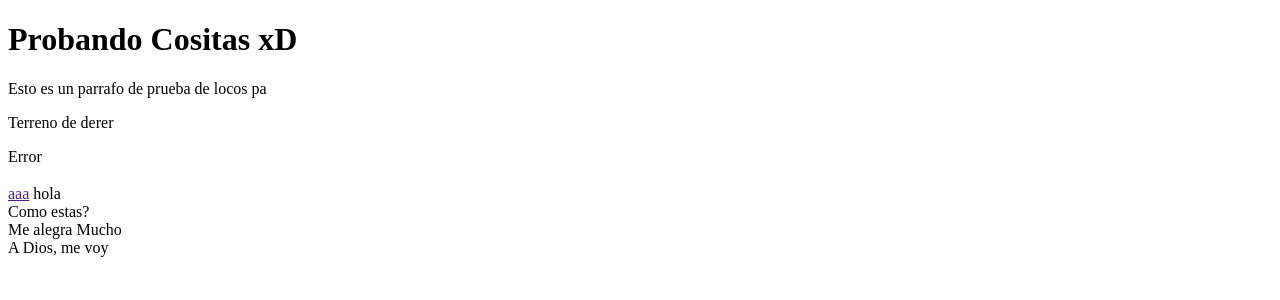
Repository: eschala/Innovadores-Adl_Sep2023
Page: React/react.html
These files come from the project's save history. The page is drawn as it stood at one moment and after a run of saves; the edit follows.
The browser window is 1280 px wide. The pictures show the whole page.

Above is the page before, as saved 2023-12-06 17:48:19.

### React/react.html
<!DOCTYPE html>
<html lang="en">

<head>
    <meta charset="UTF-8">
    <meta name="viewport" content="width=device-width, initial-scale=1.0">
    <title>Document</title>
</head>

<body>
    <h1 class="titulo">Probando Cositas xD</h1>

    <p class="parrafo">Esto es un parrafo de prueba de locos pa</p>
    <p>Terreno de derer</p>
    <label for="">Error </label>
    <h3 class="titulo_H3"></h3>

    <a href="" type="button" class="button-1">aaa</a>
    <script src="script_.js"></script>
</body>

</html>

### React/script_.js
const samir=["hola","Como estas?", "Me alegra Mucho", "A Dios, me voy"];



for(let i=0; i<samir.length;i++){

    document.write(samir[i]+"<br>");



}


const body_Element = document.querySelector("body");

var contar=0;

var operar=0;
const contarClicBody = (operar)=>{

    contar++;
    operar=contar;





document.querySelector("h1")
}
body_Element.addEventListener("click",contarClicBody);

alert(operar);

After the next 4 saves:
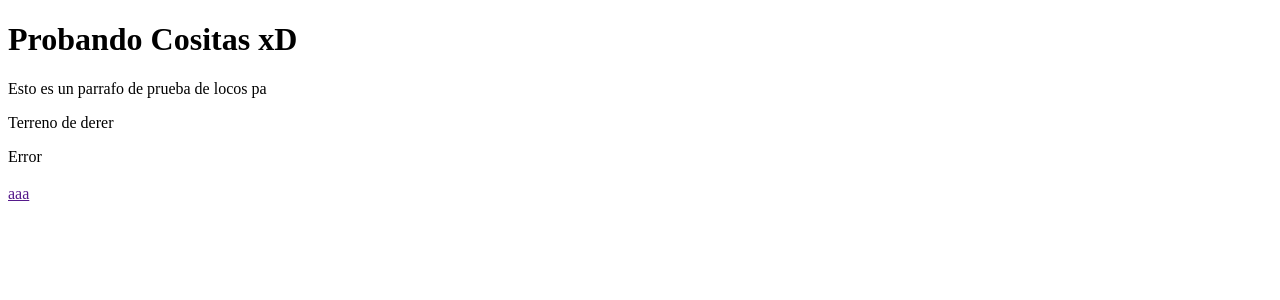
Console error: SyntaxError: Unexpected token '}'
The 4 saves are shown as one change because they came seconds apart.
The last was saved 18 s later.
--- a/React/script_.js
+++ b/React/script_.js
@@ -25,7 +25,7 @@
 
 
 
-document.querySelector("h1")
+document.querySelector("h1").innerHTML=
 }
 body_Element.addEventListener("click",contarClicBody);
 

After the 2 saves that followed:
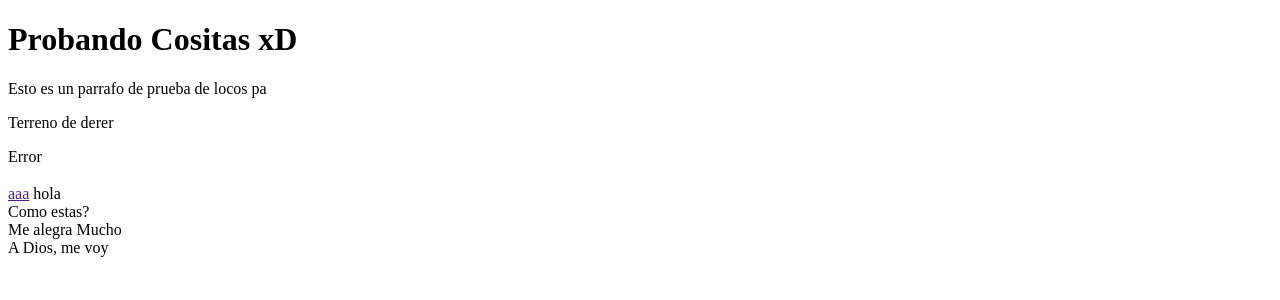
The error is gone.
The 2 saves are shown as one change because they came seconds apart.
The last was saved 6 s later.
--- a/React/script_.js
+++ b/React/script_.js
@@ -25,7 +25,7 @@
 
 
 
-document.querySelector("h1").innerHTML=
+document.querySelector("h1").innerHTML=operar;
 }
 body_Element.addEventListener("click",contarClicBody);
 
